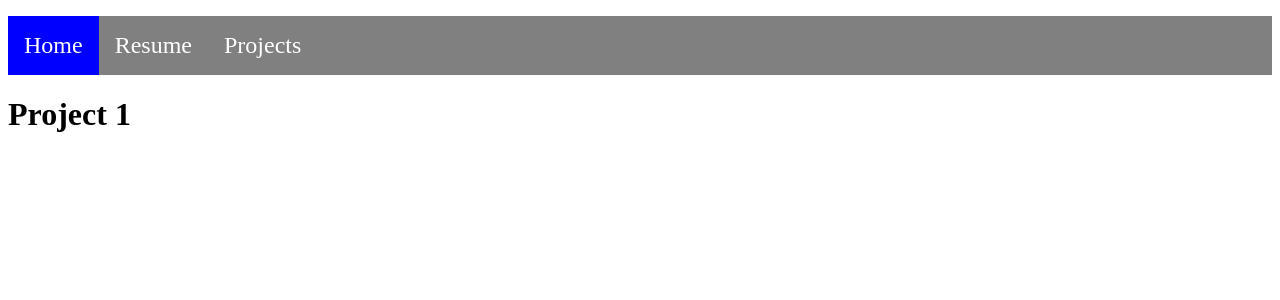
Repository: ChristianCain/ChristianCain.github.io
Page: project1.html
The author's editor kept a record of every edit. The page is drawn from the files as they stood at one moment, then again after the next edit.
The browser window is 1280 px wide. The pictures show the whole page.

Above is the page before.

After the next edit:
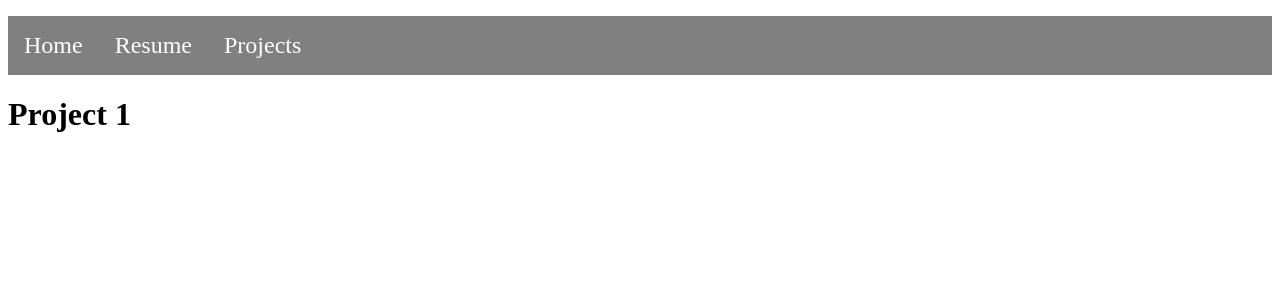
The edit:
--- a/project1.html
+++ b/project1.html
@@ -9,7 +9,7 @@
     </head>
     <body>
         <ul class="navbar">
-            <li class="active"><a href="./">Home</a></li>
+            <li><a href="./">Home</a></li>
             <li><a href="resume.html">Resume</a></li>
             <li class = "dropdown"</li>
                 <div>Projects</div>
